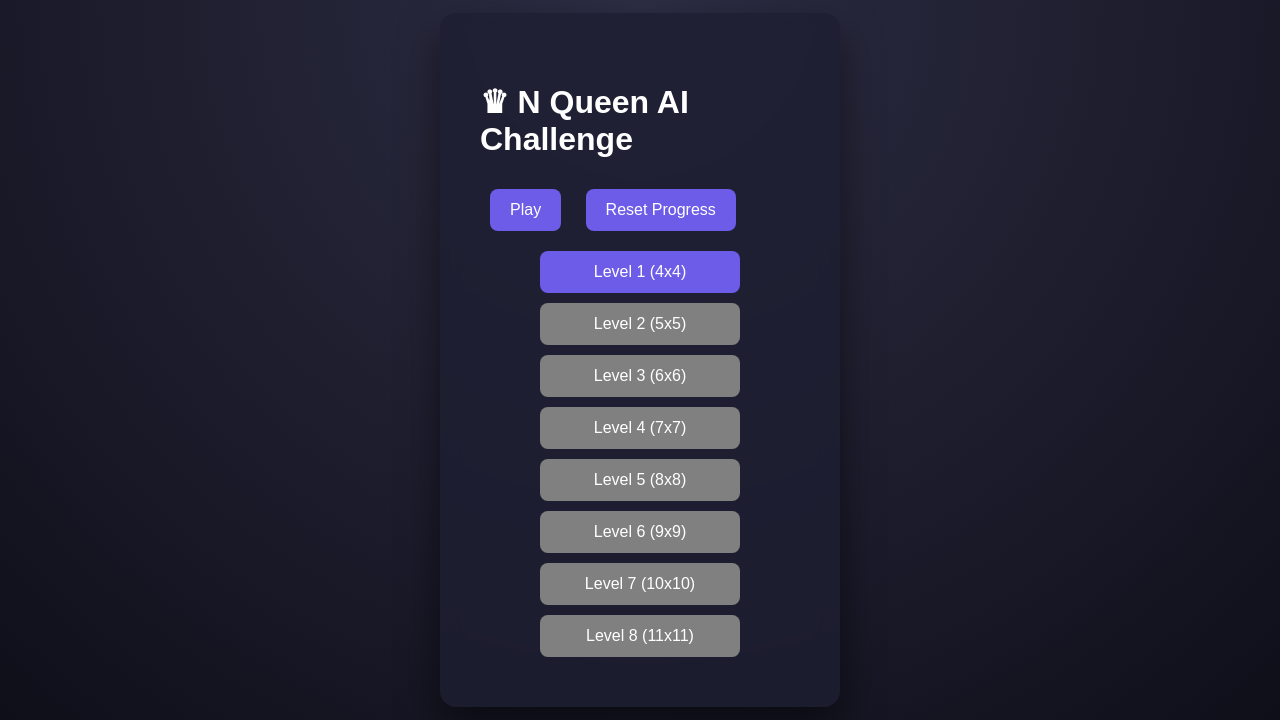
Repository: lissaintech/NQueen
Page: index.html
An editor plug-in stored every save of this project. The page is shown before and after the next save, followed by the edit.
The browser window is 1280 px wide. The pictures show the whole page.

Above is the page before, as saved 2026-03-08 19:12:32.

### index.html
<!DOCTYPE html>
<html>

<head>
    <meta charset="UTF-8">
    <title>N Queen AI Challenge</title>
    <link rel="stylesheet" href="style.css">
</head>

<body>

    <div id="homeScreen">

<div class="menuCard">

<h1 class="gameTitle">♛ N Queen AI Challenge</h1>

<button class="playBtn" onclick="startLevel(unlockedLevel)">Play</button>

<button class="resetBtn" onclick="resetProgress()">Reset Progress</button>

<div id="levels"></div>

</div>

</div>


    <div id="gameScreen" style="display:none;">

        <h2>Level <span id="levelDisplay"></span></h2>

        <div class="stats">

            Time: <span id="timer">00:00</span>

            Moves: <span id="moves">0</span>

        </div>

        <div id="board"></div>

       <button onclick="checkSolution()">Check</button>
        <button onclick="solveAI()">AI Solve</button>
        <button onclick="restartLevel()">Restart</button>
        <button onclick="goHome()">Home</button>

    </div>


    <div id="winScreen" style="display:none;">

        <h2>Level Complete</h2>

        <p>Time: <span id="finalTime"></span></p>

        <button onclick="nextLevel()">Next Level</button>

        <button onclick="goHome()">Home</button>

    </div>

    <script src="script.js"></script>

</body>

</html>

### style.css
body{

font-family: Arial, sans-serif;

background:
radial-gradient(circle at top,#2d2d44,#0f0f1a);

color:white;

display:flex;
justify-content:center;
align-items:center;

min-height:100vh;

margin:0;

}

h1{
margin-top:30px;
}

button{

padding:12px 20px;
margin:10px;
border:none;
border-radius:8px;
background:#6c5ce7;
color:white;
font-size:16px;

}

button:hover{

background:#4834d4;

}

#board{

display:grid;
justify-content:center;
margin-top:20px;

}

.cell{

width:60px;
height:60px;
display:flex;
align-items:center;
justify-content:center;
font-size:34px;
cursor:pointer;

}

.white{

background:#f0d9b5;
color:black;

}

.black{

background:#b58863;

}

.stats{

margin:10px;
font-size:18px;

}

#levels button{

display:block;
margin:10px auto;
width:200px;

}

.cell{

transition: all 0.15s ease;

}

button{

transition: all 0.2s ease;

}

button:active{

transform: scale(0.95);

}

.queen{
width:38px;
height:38px;
pointer-events:none;
}

.attack {
box-shadow: inset 0 0 12px rgba(255, 80, 80, 0.9);
animation: attackFade 1.2s ease forwards;
}

@keyframes attackFade {
0%{
box-shadow: inset 0 0 18px rgba(255,80,80,1);
}
100%{
box-shadow: inset 0 0 6px rgba(255,80,80,0.25);
}
}

button.reset{
background:#d63031;
}

button.reset:hover{
background:#b71c1c;
}


.menuCard{

background: rgba(30,30,50,0.8);

padding:40px;

border-radius:16px;

box-shadow:0 20px 40px rgba(0,0,0,0.5);

width:320px;

backdrop-filter: blur(10px);

}

### script.js
let currentLevel = 1;
let maxLevel = 8;

let n;
let board;

let moves = 0;
let seconds = 0;
let timerInterval;

let unlockedLevel = localStorage.getItem("unlockedLevel") || 1;



// SOUND EFFECTS

const placeSound = new Audio("place.mp3");
const winSound = new Audio("win.mp3");



// SHOW LEVELS SCREEN

function showLevels(){

 document.getElementById("homeScreen").style.display="block";
 document.getElementById("gameScreen").style.display="none";
 document.getElementById("winScreen").style.display="none";

 let levelDiv = document.getElementById("levels");
 levelDiv.innerHTML="";

 for(let i=1;i<=maxLevel;i++){

   let btn=document.createElement("button");

   let bestTime = localStorage.getItem("bestTime_"+i);

   btn.innerText =
     "Level "+i+
     " ("+(i+3)+"x"+(i+3)+")"+
     (bestTime ? " ⭐ "+bestTime : "");

   if(i>unlockedLevel){

     btn.disabled=true;
     btn.style.background="gray";

   }else{

     btn.onclick=()=>startLevel(i);

   }

   levelDiv.appendChild(btn);
 }
}



// START LEVEL

function startLevel(level){

 currentLevel = level;
 n = level+3;

 board = new Array(n).fill(-1);

 moves = 0;
 seconds = 0;

 updateMoves();
 updateTimerDisplay();

 document.getElementById("levelDisplay").innerText=level;

 document.getElementById("homeScreen").style.display="none";
 document.getElementById("gameScreen").style.display="block";

 createBoard();
 startTimer();
}



// CREATE BOARD

function createBoard(){

 let boardDiv=document.getElementById("board");

 boardDiv.innerHTML="";

 boardDiv.style.gridTemplateColumns=`repeat(${n},60px)`;

 for(let row=0;row<n;row++){

   for(let col=0;col<n;col++){

     let cell=document.createElement("div");

     cell.className="cell "+((row+col)%2==0?"white":"black");

     cell.id=row+"-"+col;

     cell.onclick=()=>placeQueen(row,col);

     boardDiv.appendChild(cell);
   }
 }
}



// PLACE QUEEN

function placeQueen(row,col){

 placeSound.play();

 if(board[row]==col)
   board[row]=-1;
 else
   board[row]=col;

 moves++;

 updateMoves();
 updateBoardUI();

 setTimeout(()=>{
document.querySelectorAll(".attack").forEach(cell=>{
cell.classList.remove("attack");
});
},2000);
}



// UPDATE BOARD

function updateBoardUI(){

 for(let row=0;row<n;row++){
   for(let col=0;col<n;col++){

     let cell=document.getElementById(row+"-"+col);

     cell.classList.remove("attack");

     if(board[row]==col){
       cell.innerText="♛";
     }else{
       cell.innerText="";
     }
   }
 }

    document.querySelectorAll(".cell").forEach(cell=>{
    cell.classList.remove("attack");
    });

 // mark attacked cells

 for(let r=0;r<n;r++){

   if(board[r]==-1) continue;

   let c=board[r];

   for(let i=0;i<n;i++){

     // same column
     if(i!=r){
       let cell=document.getElementById(i+"-"+c);
       cell.classList.add("attack");
     }

     // diagonals
     let d1=c+(i-r);
     let d2=c-(i-r);

     if(d1>=0 && d1<n){
       let cell=document.getElementById(i+"-"+d1);
       cell.classList.add("attack");
     }

     if(d2>=0 && d2<n){
       let cell=document.getElementById(i+"-"+d2);
       cell.classList.add("attack");
     }
   }
 }
}



// TIMER

function startTimer(){

 clearInterval(timerInterval);

 timerInterval=setInterval(()=>{

   seconds++;
   updateTimerDisplay();

 },1000);
}



function updateTimerDisplay(){

 let m=Math.floor(seconds/60);
 let s=seconds%60;

 document.getElementById("timer").innerText=
 String(m).padStart(2,'0')+":"+
 String(s).padStart(2,'0');
}



// MOVES

function updateMoves(){

 document.getElementById("moves").innerText=moves;
}



// CHECK SOLUTION

function checkSolution(){

 if(isValid()){

   winSound.play();

   clearInterval(timerInterval);

   saveBestTime();

   unlockNextLevel();

   document.getElementById("finalTime").innerText=
     document.getElementById("timer").innerText;

   document.getElementById("gameScreen").style.display="none";
   document.getElementById("winScreen").style.display="block";

 }else{

   alert("Invalid placement");
 }
}



// SAVE BEST TIME

function saveBestTime(){

 let key="bestTime_"+currentLevel;

 let oldTime=localStorage.getItem(key);

 if(!oldTime || seconds < timeToSeconds(oldTime)){

   localStorage.setItem(key,document.getElementById("timer").innerText);
 }
}



// CONVERT MM:SS TO SECONDS

function timeToSeconds(time){

 let parts=time.split(":");

 return parseInt(parts[0])*60 + parseInt(parts[1]);
}



// UNLOCK NEXT LEVEL

function unlockNextLevel(){

 if(currentLevel>=unlockedLevel){

   unlockedLevel++;

   localStorage.setItem("unlockedLevel",unlockedLevel);
 }
}



// VALIDATE

function isValid(){

 for(let i=0;i<n;i++){

   if(board[i]==-1) return false;

   for(let j=i+1;j<n;j++){

     if(board[i]==board[j]) return false;

     if(Math.abs(board[i]-board[j])==Math.abs(i-j))
       return false;
   }
 }

 return true;
}



// AI SOLVER

function solveAI(){

 let sol=new Array(n).fill(-1);

 if(backtrack(sol,0)){

   board=sol;

   updateBoardUI();
 }
}



function backtrack(sol,row){

 if(row==n) return true;

 for(let col=0;col<n;col++){

   if(isSafe(sol,row,col)){

     sol[row]=col;

     if(backtrack(sol,row+1)) return true;
   }
 }

 sol[row]=-1;

 return false;
}



function isSafe(sol,row,col){

 for(let i=0;i<row;i++){

   if(sol[i]==col) return false;

   if(Math.abs(sol[i]-col)==Math.abs(i-row))
     return false;
 }

 return true;
}



// NAVIGATION

function nextLevel(){

 startLevel(currentLevel+1);
}

function goHome(){

 showLevels();
}



// INIT

showLevels();


//RESTART

function restartLevel(){
 startLevel(currentLevel);
}

//RESET PROGRESS

function resetProgress(){

 if(confirm("Reset all progress?")){

   for(let i=1;i<=maxLevel;i++){
     localStorage.removeItem("bestTime_"+i);
   }

   localStorage.setItem("unlockedLevel",1);
   unlockedLevel = 1;

   showLevels();
 }
}

After the next save:
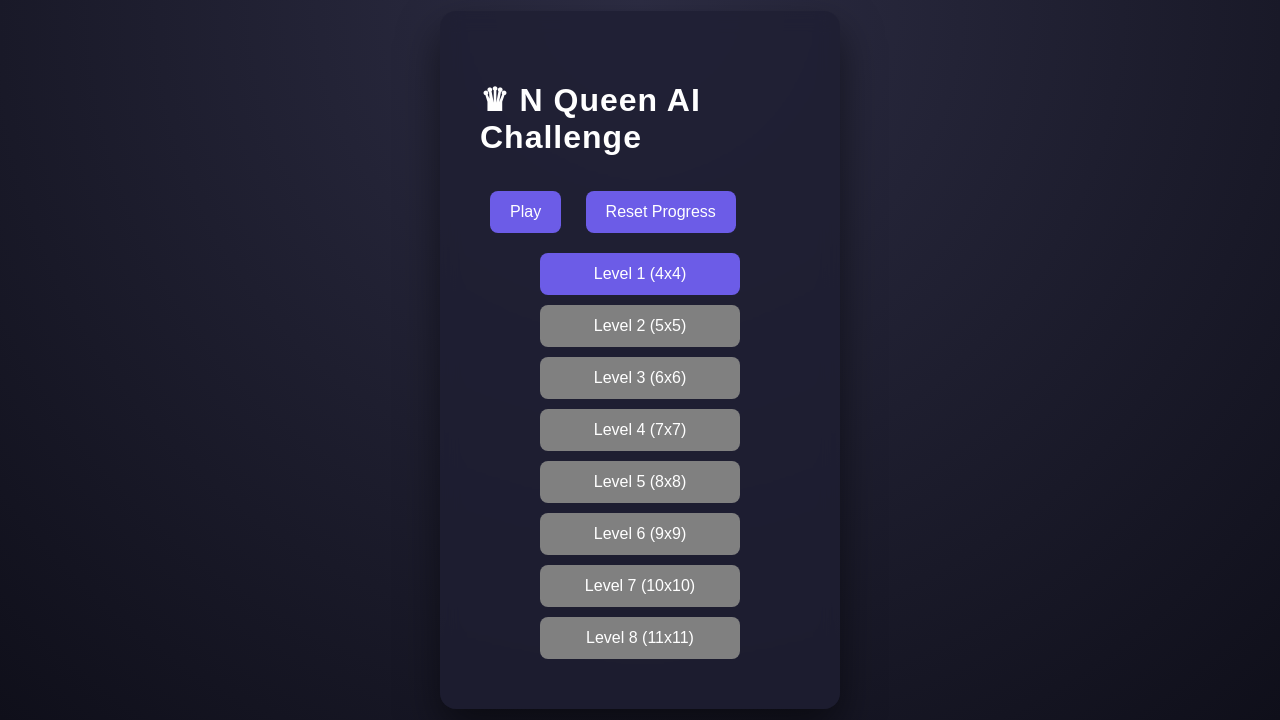
Saved 7 s later.
--- a/style.css
+++ b/style.css
@@ -149,3 +149,13 @@ width:320px;
 backdrop-filter: blur(10px);
 
 }
+
+.gameTitle{
+
+font-size:32px;
+
+margin-bottom:25px;
+
+letter-spacing:1px;
+
+}
